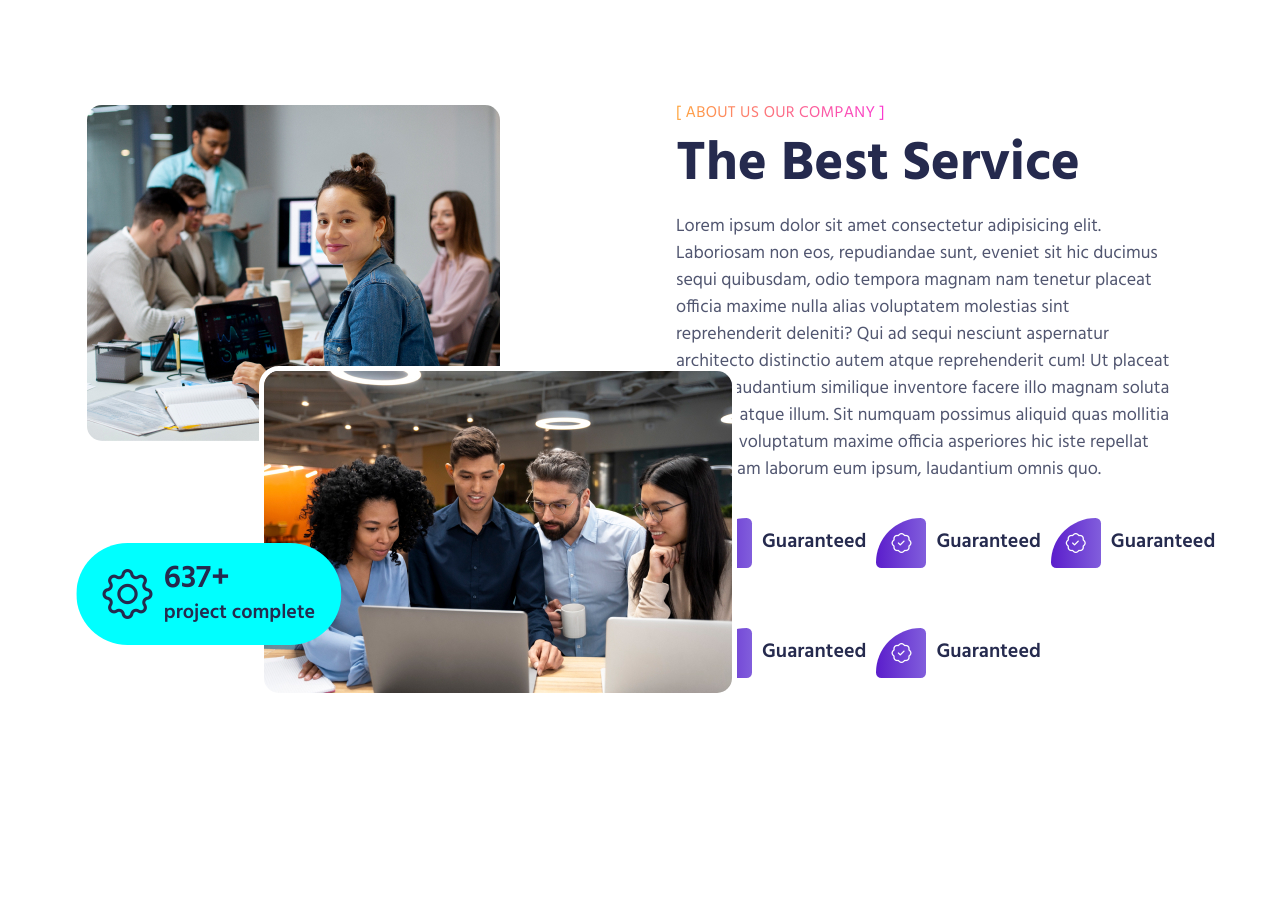
Repository: tagnam/mirehel2.0
Page: about.html
An editor plug-in stored every save of this project. The page is shown before and after the next save, followed by the edit.
The browser window is 1280 px wide. The pictures show the part of the page from y = 0 to 909 px (the page is 1805 px tall before and 2709 px after).
A picture or video elsewhere on the page could not be fetched, so the positions and the page height are approximate. Some web libraries are served in a nearby version.

Above is the page before, as saved 2025-02-03 12:53:27.

### about.html
<!DOCTYPE html>
<html lang="en">
<head>
    <meta charset="UTF-8">
    <meta name="viewport" content="width=device-width, initial-scale=1.0">
    <title>about</title>
    <link href="https://cdn.jsdelivr.net/npm/bootstrap@5.0.2/dist/css/bootstrap.min.css" rel="stylesheet" integrity="sha384-EVSTQN3/azprG1Anm3QDgpJLIm9Nao0Yz1ztcQTwFspd3yD65VohhpuuCOmLASjC" crossorigin="anonymous">
    <link rel="stylesheet" href="style/css/animation.css">
    <link rel="stylesheet" href="style/css/style.css">
    <link rel="stylesheet" href="style/css/animation.css">
</head>
<body>
<!--======================================== about section ==================================== -->


<section>
    <div class="container">
        <div class="row">
            <div class="col-lg-6">
                <div class="about-left">
                    <figure class="about-img-container">
                        <img class="about-img-001 A-image01" src="images/about-img-1.jpg" alt="">
                        <img class="about-img-001 A-image02" src="images/about-img-2.jpg" alt="">
                    </figure>
                    <div class="project-counter">
                        <div class="project-icon">
                            <i class="bi bi-gear"></i>
                        </div>
                        <div class="project-number">
                            <h2>637+</h2>
                            <p> project complete </p>
                        </div>

                    </div>

                </div>
            </div>
            <div class="col-lg-6">
                <div class="container-fluid " style="margin-bottom: 20px;">


                            <h3 class="sub-heading">[ about us our company ]</h3>
                            <h1 class="title">The Best Service</h1>


                            <div class="about-text">
                                <p>Lorem ipsum dolor sit amet consectetur adipisicing elit. Laboriosam non eos, repudiandae sunt, eveniet sit hic ducimus sequi quibusdam, odio tempora magnam nam tenetur placeat officia maxime nulla alias voluptatem molestias sint reprehenderit deleniti? Qui ad sequi nesciunt aspernatur architecto distinctio autem atque reprehenderit cum! Ut placeat itaque laudantium similique inventore facere illo magnam soluta quis ab, atque illum. Sit numquam possimus aliquid quas mollitia suscipit voluptatum maxime officia asperiores hic iste repellat laboriosam laborum eum ipsum, laudantium omnis quo.</p>

                        </div>
                    </div>
                    <div class="about-right-container">
                        <ul class="about-list">
                            <li class="about-list-item">
                                <div class="col-lg-2 about-icon"><i class="bi bi-patch-check"></i></div>
                                <div class="col-lg-10">
                                    <div class="about-list-title"> Guaranteed</div>

                                </div>
                            </li>

                            <li class="about-list-item">
                                <div class="col-lg-2 about-icon"><i class="bi bi-patch-check"></i></div>
                                <div class="col-lg-10">
                                    <div class="about-list-title">Guaranteed</div>

                                </div>
                            </li>
                            <li class="about-list-item">
                                <div class="col-lg-2 about-icon"><i class="bi bi-patch-check"></i></div>
                                <div class="col-lg-10">
                                    <div class="about-list-title">Guaranteed</div>

                                </div>
                            </li>
                            <li class="about-list-item">
                                <div class="col-lg-2 about-icon"><i class="bi bi-patch-check"></i></div>
                                <div class="col-lg-10">
                                    <div class="about-list-title">Guaranteed</div>

                                </div>
                            </li>
                            <li class="about-list-item">
                                <div class="col-lg-2 about-icon"><i class="bi bi-patch-check"></i></div>
                                <div class="col-lg-10">
                                    <div class="about-list-title">Guaranteed</div>

                                </div>
                            </li>
                        </ul>
                </div>
                </div>

            </div>
        </div>
    </div>
</section>

<!--======================================== end about section ==================================== -->

<!--========================================  service section ==================================== -->

<section class="container">
    <div class="row">
        <div class="col-lg-6 service-left">
            <div class="container-fluid " style="margin-bottom: 20px;">


                <h3 class="sub-heading">[  our service ]</h3>
                <h1 class="title">The Best Service</h1>


                <div class="about-text">
                    <p>Lorem ipsum dolor sit amet consectetur adipisicing elit. Laboriosam non eos, repudiandae sunt, eveniet sit hic ducimus sequi quibusdam, odio tempora magnam nam tenetur placeat officia maxime nulla alias voluptatem molestias sint reprehenderit deleniti? Qui ad sequi nesciunt aspernatur architecto distinctio autem atque reprehenderit cum! Ut placeat itaque laudantium similique inventore facere illo magnam soluta quis ab, atque illum. Sit numquam possimus aliquid quas mollitia suscipit voluptatum maxime officia asperiores hic iste repellat laboriosam laborum eum ipsum, laudantium omnis quo.</p>
            </div>
        </div>
        </div>

        <div class="col-lg-6 service-right">
            <div class="card mb-3" style="max-width: 540px;">
                <div class="row g-0">
                  <div class="col-md-4">
                    <img src="..." class="img-fluid rounded-start" alt="...">
                  </div>
                  <div class="col-md-8">
                    <div class="card-body">
                      <h5 class="card-title">Card title</h5>
                      <p class="card-text">This is a wider card with supporting text below as a natural lead-in to additional content. This content is a little bit longer.</p>
                      <p class="card-text"><small class="text-muted">Last updated 3 mins ago</small></p>
                    </div>
                  </div>
                </div>
              </div>
              <div class="card mb-3" style="max-width: 540px;">
                <div class="row g-0">
                  <div class="col-md-4">
                    <img src="..." class="img-fluid rounded-start" alt="...">
                  </div>
                  <div class="col-md-8">
                    <div class="card-body">
                      <h5 class="card-title">Card title</h5>
                      <p class="card-text">This is a wider card with supporting text below as a natural lead-in to additional content. This content is a little bit longer.</p>
                      <p class="card-text"><small class="text-muted">Last updated 3 mins ago</small></p>
                    </div>
                  </div>
                </div>
              </div>
              <div class="card mb-3" style="max-width: 540px;">
                <div class="row g-0">
                  <div class="col-md-4">
                    <img src="..." class="img-fluid rounded-start" alt="...">
                  </div>
                  <div class="col-md-8">
                    <div class="card-body">
                      <h5 class="card-title">Card title</h5>
                      <p class="card-text">This is a wider card with supporting text below as a natural lead-in to additional content. This content is a little bit longer.</p>
                      <p class="card-text"><small class="text-muted">Last updated 3 mins ago</small></p>
                    </div>
                  </div>
                </div>
              </div>
              <div class="card mb-3" style="max-width: 540px;">
                <div class="row g-0">
                  <div class="col-md-4">
                    <img src="..." class="img-fluid rounded-start" alt="...">
                  </div>
                  <div class="col-md-8">
                    <div class="card-body">
                      <h5 class="card-title">Card title</h5>
                      <p class="card-text">This is a wider card with supporting text below as a natural lead-in to additional content. This content is a little bit longer.</p>
                      <p class="card-text"><small class="text-muted">Last updated 3 mins ago</small></p>
                    </div>
                  </div>
                </div>
              </div>
        </div>
    </div>
</section>
<!--======================================== end service section ==================================== -->







    <script src="https://cdn.jsdelivr.net/npm/bootstrap@5.0.2/dist/js/bootstrap.bundle.min.js" integrity="sha384-MrcW6ZMFYlzcLA8Nl+NtUVF0sA7MsXsP1UyJoMp4YLEuNSfAP+JcXn/tWtIaxVXM" crossorigin="anonymous"></script>
    <script src="https://cdn.jsdelivr.net/npm/@popperjs/core@2.9.2/dist/umd/popper.min.js" integrity="sha384-IQsoLXl5PILFhosVNubq5LC7Qb9DXgDA9i+tQ8Zj3iwWAwPtgFTxbJ8NT4GN1R8p" crossorigin="anonymous"></script>
    <script src="https://cdn.jsdelivr.net/npm/bootstrap@5.0.2/dist/js/bootstrap.min.js" integrity="sha384-cVKIPhGWiC2Al4u+LWgxfKTRIcfu0JTxR+EQDz/bgldoEyl4H0zUF0QKbrJ0EcQF" crossorigin="anonymous"></script>
    <script src="https://cdnjs.cloudflare.com/ajax/libs/gsap/3.12.5/gsap.min.js" integrity="sha512-7eHRwcbYkK4d9g/6tD/mhkf++eoTHwpNM9woBxtPUBWm67zeAfFC+HrdoE2GanKeocly/VxeLvIqwvCdk7qScg==" crossorigin="anonymous" referrerpolicy="no-referrer"></script>
    <script src="https://cdnjs.cloudflare.com/ajax/libs/gsap/3.12.5/ScrollTrigger.min.js" integrity="sha512-onMTRKJBKz8M1TnqqDuGBlowlH0ohFzMXYRNebz+yOcc5TQr/zAKsthzhuv0hiyUKEiQEQXEynnXCvNTOk50dg==" crossorigin="anonymous" referrerpolicy="no-referrer"></script>

<script>
    gsap.create

</script>


</body>
</html>

### style/css/animation.css

@keyframes boxmove{
    50% {
        transform: translateX(-20%);
    }
}

### style/css/style.css

@import url('https://fonts.googleapis.com/css2?family=Hind:wght@300;400;500;600;700&family=Inter:ital,opsz,wght@0,14..32,100..900;1,14..32,100..900&family=Open+Sans:ital,wght@0,300..800;1,300..800&family=Oswald:wght@200..700&family=Poppins:ital,wght@0,100;0,200;0,300;0,400;0,500;0,600;0,700;0,800;0,900;1,100;1,200;1,300;1,400;1,500;1,600;1,700;1,800;1,900&family=Raleway:ital,wght@0,100..900;1,100..900&family=Roboto:ital,wght@0,100;0,300;0,400;0,500;0,700;0,900;1,100;1,300;1,400;1,500;1,700;1,900&family=Urbanist:ital,wght@0,100..900;1,100..900&display=swap');
@import url("https://cdn.jsdelivr.net/npm/bootstrap-icons@1.11.3/font/bootstrap-icons.min.css");
*{
    margin: 0;
    padding: 0;
    box-sizing: border-box;
}

:root{
    --primary-color: #252A4E;
    --secondary-color: #a249ed;

}

body{
    font-family: "Hind", serif;

    color:#252A4E;
}

section{
    padding: 100px 0;
}

.row-container{
    margin-top: 50px;
}
.banner-section{
    background-image: url(/images/banner-bg.webp);
    background-size: cover;
    background-position: center;
    /* background-attachment: fixed; */
    /* height: 100vh; */
    position: relative;
    margin: 15px;
    padding: 8px;
}
.section-btn{
    height: 100%;
    display: flex
;
    justify-content: flex-end;
    align-items: flex-end;
}

.title{
    font-size: 55px;
    font-weight: 800;
    line-height: 1;
}

.banner-img{
    position: relative;
    bottom: -89px;
}
.banner-content{
    margin-top: 100px;
    padding-right: 100px;
}

.banner-title{
    font-size: 70px;
    font-weight: 800;
    line-height: 1;
}

.banner-text{
    font-size: 20px;
    font-weight: 400;
    line-height: 1.5;
    margin-top: 20px;
    color:#515670;
}

.banner-title span{
    color: var(--secondary-color);
}
.sub-heading{
    position: relative;
    display: inline-block;
    font-size: 16px;
    letter-spacing: 0.32px;
    line-height: 26px;
    font-weight: 400;
    font-family: var(--galada);
    text-transform: uppercase;
    background: linear-gradient(90deg, #FFA835 -3.85%, #FA3DCC 97.3%, #FA3AD0 100%);
    background-clip: text;
    -webkit-background-clip: text;
    -webkit-text-fill-color: transparent;

    margin-bottom: 12px;
}




.banner-icon{
    width: 100%;
    background: linear-gradient(90deg, #9255CE -2.17%, #BE60FF 100%);
    box-shadow: 0px 0px 20px 0px rgba(0, 0, 0, 0.08);
    border-radius: 30px 45px 30px 30px;
    position: relative;
    padding: 20px;
    top: 28px;
    right: -13px;
}

.banner-icon h2{
    font-size: 45px;
    font-weight: 800;
    /* line-height: 1.5; */
    color: #fff;
    /* margin-bottom: 20px; */
    text-align: start;
    margin: unset;
    line-height: 38px;
    padding: 10px;
}

.banner-icon h4{
    font-size: 27px;
    font-weight: 600;
    line-height: 1.5;
    color: #fff;
    /* margin-top: 20px; */
    text-align: start;
    text-transform: uppercase;
}


.marquee-content{
    background: linear-gradient(90deg, #70DBFF 0%, #DD98FF 100%);
    border-radius: 0 0 35px 30px;
    overflow: hidden;
    padding: 23px 45px;
    width: 100%;
    position: absolute;
    left: 9px;
    bottom: -12px;
    display: flex;
    justify-content: space-between;
    align-items: center;
}


/* <!--===================================== about section end ========================================--> */
.about-right-container{
    padding-left: 50px;
}
.about-text p{
    font-size: 18px;
    line-height: 1.5;
    color: #515670;
    margin-top: 20px;
}

.about-img{
    position: relative;
    transform: translate(30px, 30px);
    width: 100%;
}

.about-figure{
    position: relative;
  background-color: aqua;
  padding: 20px;
}


.about-list{

    list-style: none;
    padding: unset;
    display: grid;
    grid-template-columns: repeat(3, 1fr);
    grid-template-rows: repeat(2, 100px);
    gap: 10px; }


.about-list li{
    display: flex;
    align-items: center;
    margin-bottom: 20px;
    justify-content: space-between;
}

.about-icon{

    display: flex;
    justify-content: center;
    align-items: center;
    background-color:var(--secondary-color);
    width: 50px;
    height: 50px;
    background: linear-gradient(90deg, #5A1CCB -2.17%, #815EDC 100%);
    border-radius: 50px 6px 6px 6px;
}

.about-icon .bi{
    font-size: 20px;
    color: #fff;
    display: flex;
    justify-content: center;
    align-items: center;
}


.about-list-title{
    font-size: 20px;
    line-height: 1.16;
    /* margin-bottom: 4px; */
    font-weight: 600;
    margin-left: 10px;
}

.about-list-text p{
    font-size: 16px;
    line-height: 1.5;
    color: #515670;
    margin: unset;
}
/* <!--===================================== about section end ========================================--> */




/* <!--===================================== service section start ========================================--> */

.service-index {
    width: 100%;
    display: flex;
    justify-content: center;
    align-items: center;
}

.service-index h2{
    position: relative;
    display: inline-block;

    letter-spacing: 0.32px;
margin: unset;
    font-weight: 600;
    font-family: var(--galada);
    text-transform: uppercase;
    background: linear-gradient(90deg, #FFA835 -3.85%, #FA3DCC 97.3%, #FA3AD0 100%);
    background-clip: text;
    -webkit-background-clip: text;
    -webkit-text-fill-color: transparent;

}

.service-title h3{
    font-size: 40px;
    font-weight: 800;
    line-height: 1;
    color: #252A4E;
    margin-bottom: 20px;
}

.service-row{
    border-bottom: 2px solid red;
    margin-bottom: 30px;
}

.service-icon{
    display: flex;
    justify-content: center;
}

.service-icon .bi{
    font-size: 45px;
    color:red;
    display: flex;
    justify-content: center;
    align-items: center;
}
/* <!--===================================== service section end ========================================--> */




/* <!--===================================== project section start========================================--> */




/* <!--===================================== project section start========================================--> */





/* <!--===================================== testimonial section start========================================--> */


.testimonial-card{
    background: linear-gradient(90deg, #70DBFF 0%, #DD98FF 100%);
    padding: 0px 20px;
    border-radius: 20px;
}


.testimonial-img{
    height: 58px;
    width: 58px;
    background: red;
    border-radius: 64%;
    border: 2px solid;
}

.testimonial-top{
    padding-bottom: 20px;
    border-bottom: 1px solid #fff;

}


.testimonial-bottom h2{
    font-size: 65px;
    font-weight: 600;
    line-height: 1.5;
    color: #fff;
    margin-top: 20px;
    text-align: start;
    text-transform: uppercase;
}

.testimonial-bottom p{
    font-size: 20px;
    line-height: 1.5;
    color: #fff;
    margin: unset;
}

  .testimonial .testimonial-content {
    margin: 10px 10px 0;
    /* background: #efefef; */
    padding: 0px 60px;
    position: relative;
    border: none;
    border-radius: 8px;
    font-style: italic;
    font-size: 25px;
    border: 2px solid;
    border-radius: 20px;
  }

  .testimonial .testimonial-content:before,
  .testimonial .testimonial-content:after {
    content: "\201C";
    position: absolute;
    font-size: 80px;
    line-height: 1;
    color: #757f9a;
    font-style: normal;
  }

  .testimonial .testimonial-content:before {
    top: 0;
    left: 10px;
  }

  .testimonial .testimonial-content:after {
    content: "\201D";
    right: 10px;
    bottom: -0.5em;
  }

.testimonial-start{
    display: flex    ;
        justify-content: left;
        align-items: center;
        margin: 20px 0px;
}

.testimonial-start .bi{
    margin: 0px 5px;
    font-size: 20px;
}
/* <!--===================================== testimonial section start========================================--> */

/* <!--===================================== project section start========================================--> */
.project-img{
    height: 550px;
}

.project-card .project-img {
    transition: 1ms ease-in-out;
}

.project-card:hover .project-img{
    transform: scaleX(1) scaleY(1) scaleZ(0.1) rotateX(15deg) rotateY(0deg) rotateZ(0deg) translateX(0px) translateY(0px) translateZ(0px) skewX(0deg) skewY(0deg);
}

.project-content{
    margin-top: -100px;
    z-index: 1;
}
/* <!--===================================== project section end========================================--> */



/* <!--===================================== choice section start========================================--> */

.choice-container{
    position: relative;
    padding: 10px;
    background-color: transparent;
height: 400px;
border: 15px solid transparent;
  /* border-image:linear-gradient(180deg, red 0%, #00000000 90.04%); */
  /* border-image:linear-gradient(180deg, #00000000  0%, red 90.04%); */
  border-image-slice: 1;
border-radius: 20px;
background: linear-gradient(white, white) padding-box,
linear-gradient(180deg, red 0%, #00000000 90.04%) border-box;
}

/* <!--===================================== choice section end========================================--> */


















/* ----------------------------new about  */

.about-img-container{
    position: relative;
}
.about-img-001{
    border-radius: 20px;
    border: 5px solid #fff;
}

.A-image01{

}

.A-image02{
    margin-top: -80px;
    margin-left: 177px;
}

.project-counter{
    width: 265px;
    background-color: aqua;
    display: flex;
    justify-content: space-evenly;
    border-radius: 100px 100px 100px 100px;
    align-items: center;
    padding: 17px 15px;
    position: absolute;
    bottom: 75px;
    background-size: cover;
    background-position: center center;
    transition: all .4s ease;
    animation: boxmove 3s infinite linear alternate;

}

.project-counter:hover{
    background-color: #fff;
}

.project-icon .bi{
    display: flex;
    font-size: 50px;
}

.project-number h2{
    margin: unset;
    font-weight: 600;
}

.project-number p{
    margin: unset;
    font-weight: 600;
    font-size: 20px;

}

After the next save:
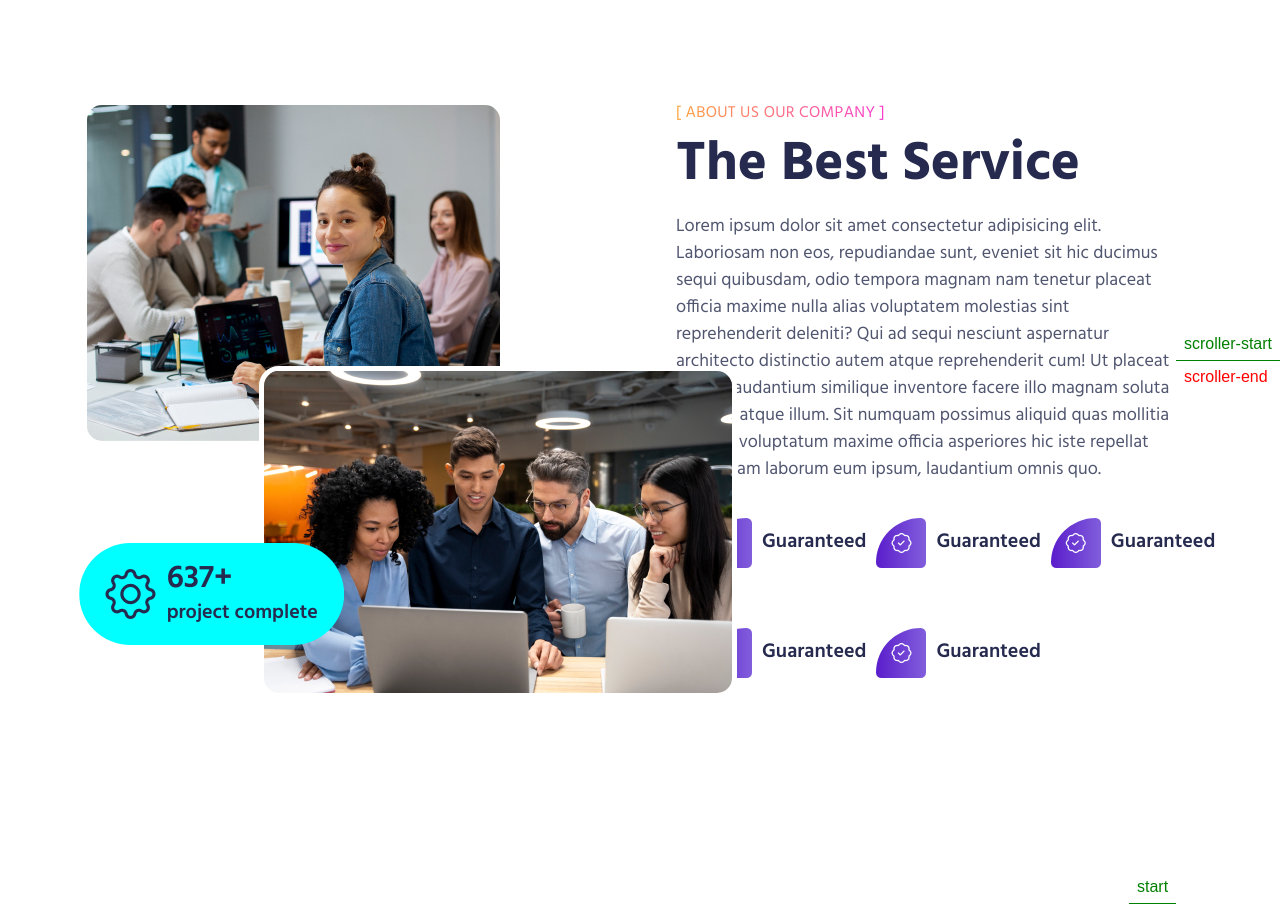
Saved 2 min 25 s later.
--- a/about.html
+++ b/about.html
@@ -190,7 +190,21 @@
     <script src="https://cdnjs.cloudflare.com/ajax/libs/gsap/3.12.5/ScrollTrigger.min.js" integrity="sha512-onMTRKJBKz8M1TnqqDuGBlowlH0ohFzMXYRNebz+yOcc5TQr/zAKsthzhuv0hiyUKEiQEQXEynnXCvNTOk50dg==" crossorigin="anonymous" referrerpolicy="no-referrer"></script>
 
 <script>
-    gsap.create
+ gsap.registerPlugin(ScrollTrigger);
+
+gsap.to(".section", {
+    scale: 1.2,
+    duration: 1,
+    scrollTrigger: {
+        trigger: ".section",
+        start: "50% center",
+        end: "150% center",
+        pin: true,
+        pinSpacing: true,
+        scrub: true,
+        markers: true
+    }
+});
 
 </script>
 
